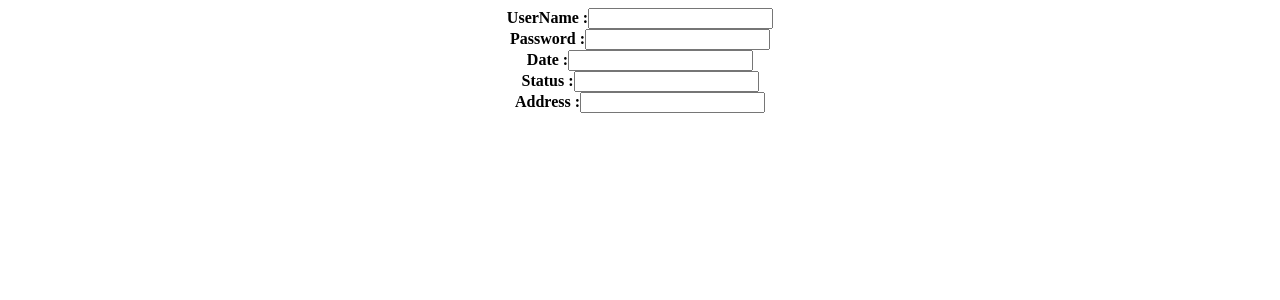
Repository: gowthams33/FullStackDeveloper
Page: http://localhost/sampleproject/insert.jsp
An editor plug-in stored every save of this project. The page is shown before and after the next save, followed by the edit.
The browser window is 1280 px wide. The pictures show the whole page.
The page is served by Tomcat 9. Other server files are loaded and not shown.

Above is the page before, as saved 2017-06-09 06:37:19.

### sampleproject/WebContent/insert.jsp
<%@ page language="java" contentType="text/html; charset=ISO-8859-1"
    pageEncoding="ISO-8859-1"%>
<!DOCTYPE html PUBLIC "-//W3C//DTD HTML 4.01 Transitional//EN" "http://www.w3.org/TR/html4/loose.dtd">
<html>
<head>
<meta http-equiv="Content-Type" content="text/html; charset=ISO-8859-1">
<title>Insert </title>
</head>
<body>
<center>
<b>UserName :</b><input type="text" name="user" checked="checked"><br>
<b>Password :</b><input type="password" name="pass" checked="checked"><br>
<b>Date :</b><input type="text" name="dat" checked="checked"><br>
<b>Status :</b><input type="text" name="stat" checked="checked"><br>
<b>Address :</b><input type="text" name="add" height="20" width="20" checked="checked"><br>

</center>
</body>
</html>

After the next save:
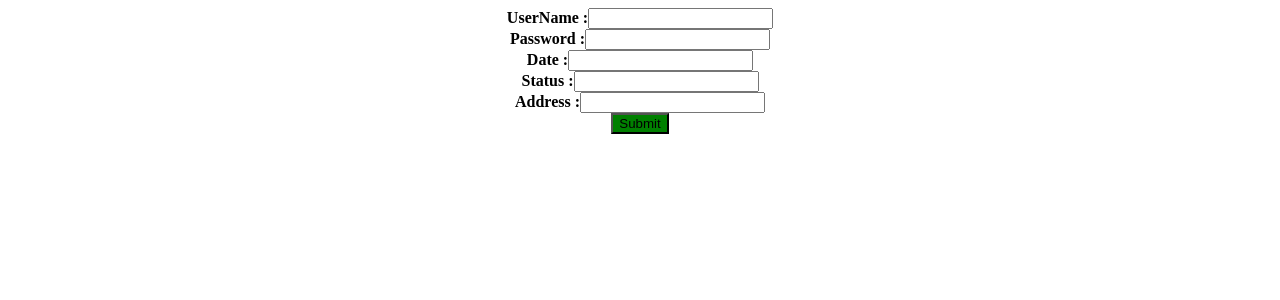
Saved 6 min 0 s later.
--- a/sampleproject/WebContent/insert.jsp
+++ b/sampleproject/WebContent/insert.jsp
@@ -13,7 +13,7 @@
 <b>Date :</b><input type="text" name="dat" checked="checked"><br>
 <b>Status :</b><input type="text" name="stat" checked="checked"><br>
 <b>Address :</b><input type="text" name="add" height="20" width="20" checked="checked"><br>
-
+<input type="submit" border="2" style="background-color:green">
 </center>
 </body>
 </html>
